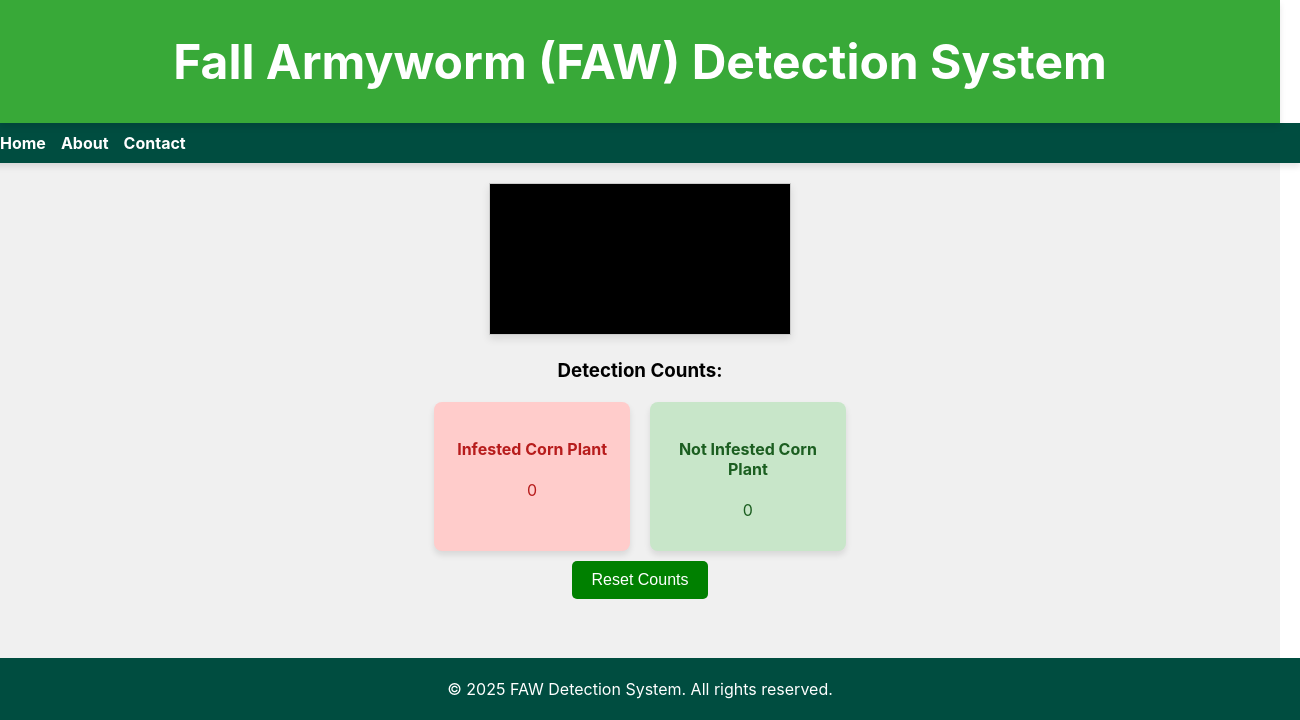
Repository: jansen223/faw-detection-main
Page: /
An editor plug-in stored every save of this project. The page is shown before and after the next save, followed by the edit.
The browser window is 1280 px wide. The page is 1300 px wide, then 1280 px, then 1300 px, so the pictures cover 1300 px, including what lies to the right of the window. The pictures show the whole page.
The page's requests for data from a server got no answer. The project was rebuilt for these pictures with package versions that can differ from the ones it lists, and the page was loaded fresh each time. No one was signed in, and anything a server would have sent is missing.

Above is the page before, as saved 2025-04-10 00:25:47.

### public/index.html
<!DOCTYPE html>
<html lang="en">
<head>
  <meta charset="utf-8" />
  <link rel="icon" href="%PUBLIC_URL%/maize_icon.jpg" />
  <meta name="viewport" content="width=device-width, initial-scale=1" />
  <meta name="theme-color" content="#000000" />
  <meta name="description" content="FAW Detection Web Interface" />
  <title>FAW Detection</title>
</head>
<body>
  <noscript>You need to enable JavaScript to run this app.</noscript>
  <div id="root"></div>
</body>
</html>

### src/App.js
import React, { useEffect, useRef } from 'react';
import { BrowserRouter as Router, Routes, Route, Link } from 'react-router-dom';
import io from 'socket.io-client';
import './App.css';

function Home({ canvasRef, counts, resetCounts }) {
  return (
    <div>
      <canvas ref={canvasRef} style={{ maxWidth: '100%', border: '1px solid #ccc' }} />
      <div style={{ marginTop: 20 }}>
        <h3>Detection Counts:</h3>
        <div className="detection-cards">
          <div className="card infested">
            <h4>Infested Corn Plant</h4>
            <p>{counts.infested}</p>
          </div>
          <div className="card not-infested">
            <h4>Not Infested Corn Plant</h4>
            <p>{counts.notInfested}</p>
          </div>
        </div>
        <button onClick={resetCounts} className="reset-button">
          Reset Counts
        </button>
      </div>
    </div>
  );
}

function About() {
  return (
    <div style={{ padding: '20px' }}>
      <h2>About</h2>
      <p>This web app is designed to detect Fall Armyworm infestations in corn plants using a live camera feed and machine learning.</p>
    </div>
  );
}

function Contact() {
  return (
    <div style={{ padding: '20px' }}>
      <h2>Contact</h2>
      <p>For inquiries, please contact us at <a href="mailto:support@fawdetection.com">support@fawdetection.com</a>.</p>
    </div>
  );
}

function App() {
  const canvasRef = useRef(null);
  const socketRef = useRef(null);
  const [counts, setCounts] = React.useState({ infested: 0, notInfested: 0 });

  useEffect(() => {
    // Connect to Flask server
    socketRef.current = io('http://192.168.0.17:5000');

    // Handle video frames
    socketRef.current.on('video_frame', (data) => {
      const img = new Image();
      img.src = `data:[embedded picture, 38 characters]

      img.onload = () => {
        const canvas = canvasRef.current;
        if (!canvas) return;
        const ctx = canvas.getContext('2d');
        canvas.width = img.width;
        canvas.height = img.height;
        ctx.drawImage(img, 0, 0);
      };
    });

    // Handle detection counts
    socketRef.current.on('detection_counts', (data) => {
      setCounts({
        infested: data.infested_count,
        notInfested: data.not_infested_count
      });
    });

    return () => {
      if (socketRef.current) socketRef.current.disconnect();
    };
  }, []);

  const resetCounts = async () => {
    try {
      const response = await fetch('http://192.168.0.17:5000/reset_counts', {
        method: 'POST',
      });
      const data = await response.json();
      if (data.message) {
        setCounts({ infested: 0, notInfested: 0 });
        alert(data.message);
      }
    } catch (error) {
      console.error('Error resetting counts:', error);
    }
  };

  return (
    <Router>
      <div className="App">
        <header className="App-header">
          <h1>Fall Armyworm (FAW) Detection System</h1>
        </header>
        <nav className="App-navbar">
          <ul>
            <li><Link to="/">Home</Link></li>
            <li><Link to="/about">About</Link></li>
            <li><Link to="/contact">Contact</Link></li>
          </ul>
        </nav>
        <Routes>
          <Route path="/" element={<Home canvasRef={canvasRef} counts={counts} resetCounts={resetCounts} />} />
          <Route path="/about" element={<About />} />
          <Route path="/contact" element={<Contact />} />
        </Routes>
        <footer className="App-footer">
          <p>&copy; 2025 FAW Detection System. All rights reserved.</p>
        </footer>
      </div>
    </Router>
  );
}

export default App;

### src/App.css
body {
  margin: 0;
  padding: 0;
}

.App {
  text-align: center;
  background-color: #f0f0f0;
  min-height: 100vh;
  display: flex;
  flex-direction: column;
  align-items: center;
}

canvas {
  box-shadow: 0 4px 8px rgba(0,0,0,0.1);
  background: black; /* Shows while loading */
  margin-top: 20px;
}

.stats {
  margin-top: 20px;
  padding: 15px;
  background: white;
  border-radius: 8px;
  box-shadow: 0 2px 4px rgba(0,0,0,0.1);
}

.App-logo {
  height: 40vmin;
  pointer-events: none;
}

@media (prefers-reduced-motion: no-preference) {
  .App-logo {
    animation: App-logo-spin infinite 20s linear;
  }
}

.App-header {
  background-color: rgba(9, 151, 9, 0.795);
  color: white;

  text-align: center;
  font-size: 1.5rem;
  font-weight: bold;
  box-shadow: 0 4px 6px rgba(0, 0, 0, 0.1);
  position: sticky;
  top: 0;
  z-index: 1000;
  width: 100%;
  margin: 0; /* Ensure no margin around the header */
  box-sizing: border-box; /* Include padding in width calculation */
}

.App-link {
  color: #61dafb;
}

@keyframes App-logo-spin {
  from {
    transform: rotate(0deg);
  }
  to {
    transform: rotate(360deg);
  }
}

.reset-button {
  margin-top: 10px;
  padding: 10px 20px;
  background-color: green;
  color: white;
  border: none;
  border-radius: 5px;
  cursor: pointer;
  font-size: 1rem;
  transition: background-color 0.3s ease;
}

.reset-button:hover {
  background-color: darkgreen;
}

.App-navbar {
  background-color: #004d40;
  color: white;
  padding: 10px 20px;
  display: flex;
  justify-content: space-between;
  align-items: center;
  box-shadow: 0 4px 6px rgba(0, 0, 0, 0.1);
  width: 100%;
}

.App-navbar ul {
  list-style: none;
  display: flex;
  gap: 15px;
  margin: 0;
  padding: 0;
}

.App-navbar a {
  color: white;
  text-decoration: none;
  font-weight: bold;
}

.App-navbar a:hover {
  text-decoration: underline;
}

.detection-cards {
  display: flex;
  gap: 20px;
  margin-top: 20px;
}

.card {
  padding: 15px;
  border-radius: 8px;
  box-shadow: 0 4px 6px rgba(0, 0, 0, 0.1);
  text-align: center;
  flex: 1;
  transition: transform 0.3s ease;
}

.card:hover {
  transform: scale(1.05);
}

.card.infested {
  background-color: #ffcccb;
  color: #b71c1c;
}

.card.not-infested {
  background-color: #c8e6c9;
  color: #1b5e20;
}

.App-footer {
  background-color: #004d40;
  color: white;
  padding: 5px 20px;
  text-align: center;
  position: fixed;
  bottom: 0;
  width: 100%;
}

Loaded but not shown: src/index.js (common file); src/index.css (common file); src/reportWebVitals.js (common file)

After the next save:
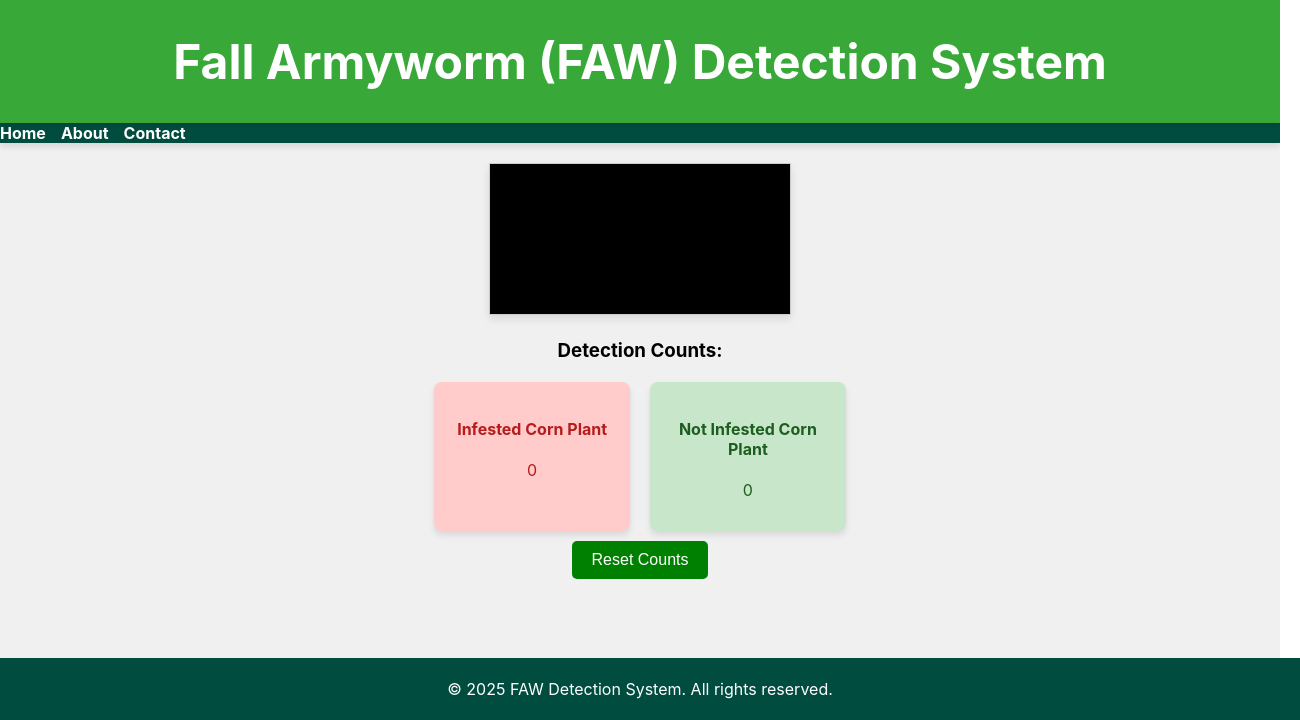
Saved 30 s later.
--- a/src/App.css
+++ b/src/App.css
@@ -85,7 +85,7 @@
 .App-navbar {
   background-color: #004d40;
   color: white;
-  padding: 10px 20px;
+  padding: 0, 5px;
   display: flex;
   justify-content: space-between;
   align-items: center;

After the 3 saves that followed:
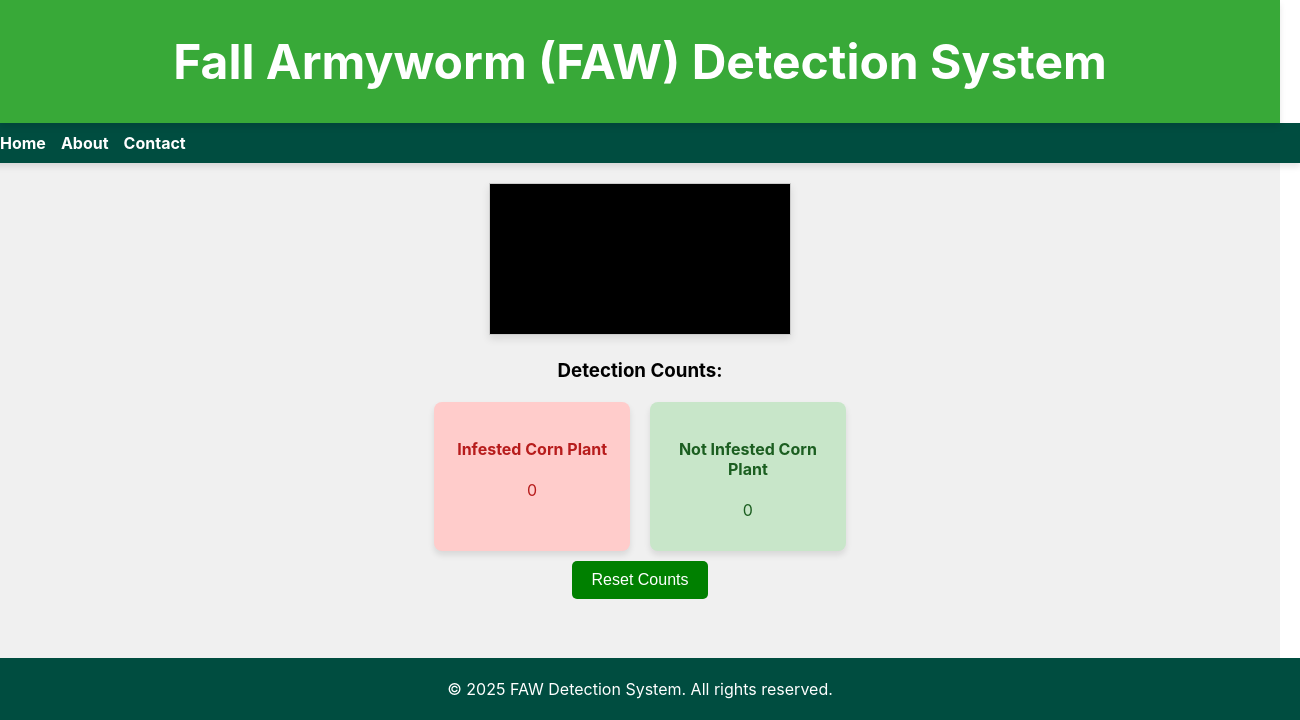
The 3 saves are shown as one change because 2 left the picture as it was.
The last was saved 49 s later.
--- a/src/App.css
+++ b/src/App.css
@@ -85,7 +85,7 @@
 .App-navbar {
   background-color: #004d40;
   color: white;
-  padding: 0, 5px;
+  padding: 10px 20px;
   display: flex;
   justify-content: space-between;
   align-items: center;
